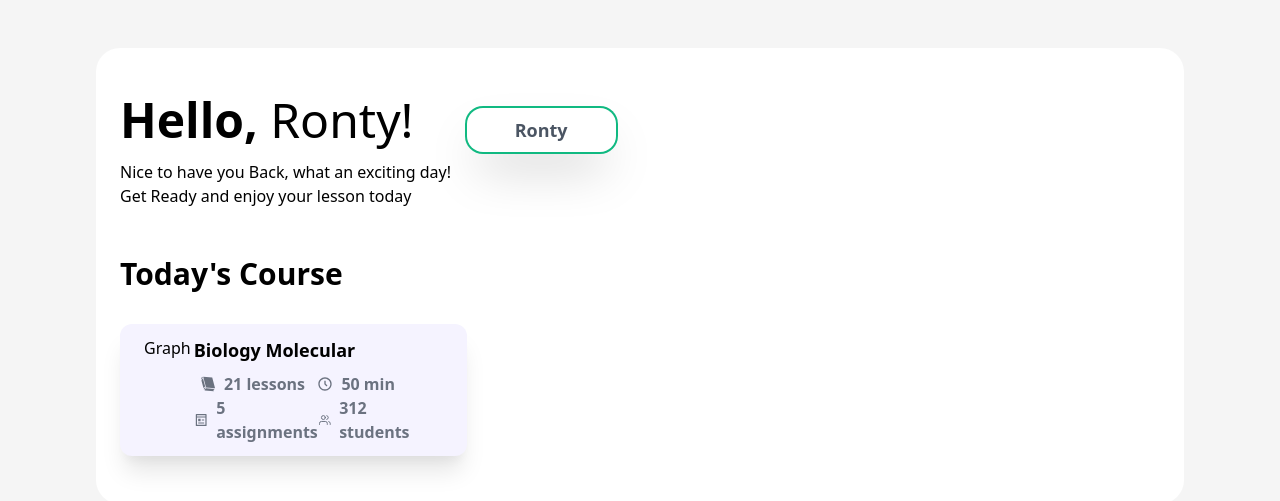
Repository: coolronts/Vite-Tailwind
Page: /
The author's editor kept a copy of each file at every save. The page is drawn from the files as they stood at one save, then again after the next save.
The browser window is 1280 px wide. The pictures show the whole page.
The project was rebuilt for these pictures with package versions that can differ from the ones it lists, and the page was loaded fresh each time. Also part of the build but not shown: vite.config.js.

Above is the page before, as saved 2021-11-26 07:45:18.

After the next save:
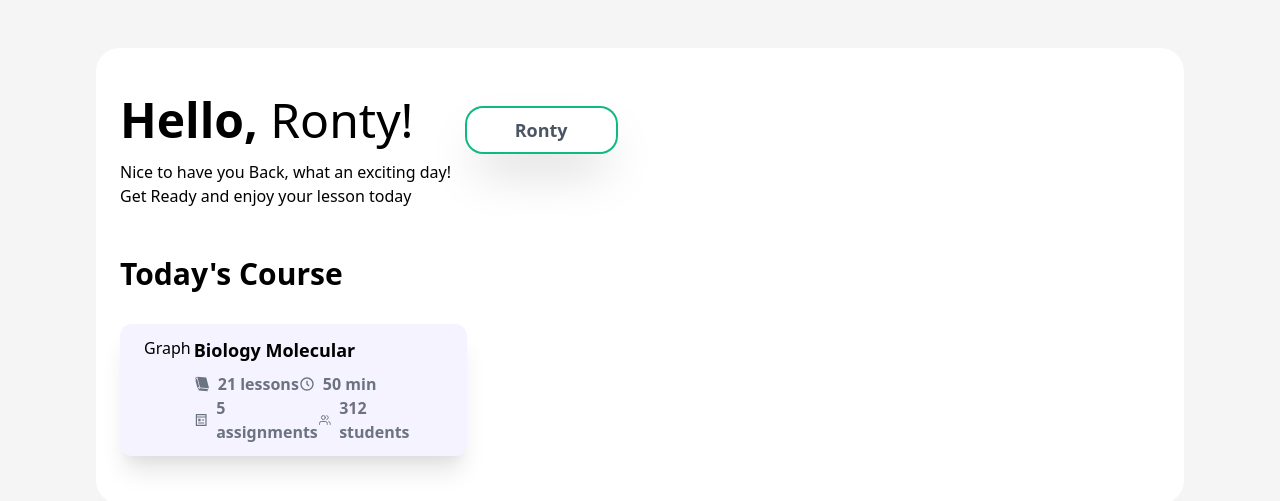
Saved 6 s later.
--- a/src/Section/Course/index.jsx
+++ b/src/Section/Course/index.jsx
@@ -14,7 +14,7 @@ export default function Course() {
       <div id="right">
         <h4 className="font-bold text-lg mb-2">Biology Molecular</h4>
         <div className="flex flex-col w-5/6">
-          <div className="flex justify-around text-gray-500 font-semibold ">
+          <div className="flex  text-gray-500 font-semibold ">
             <p className="flex items-center"> <GiWhiteBook className="mr-2"/>  21 lessons</p>
             <p className="flex items-center text-left"> <BiTimeFive className="mr-2"/>  50 min</p>
           </div>
